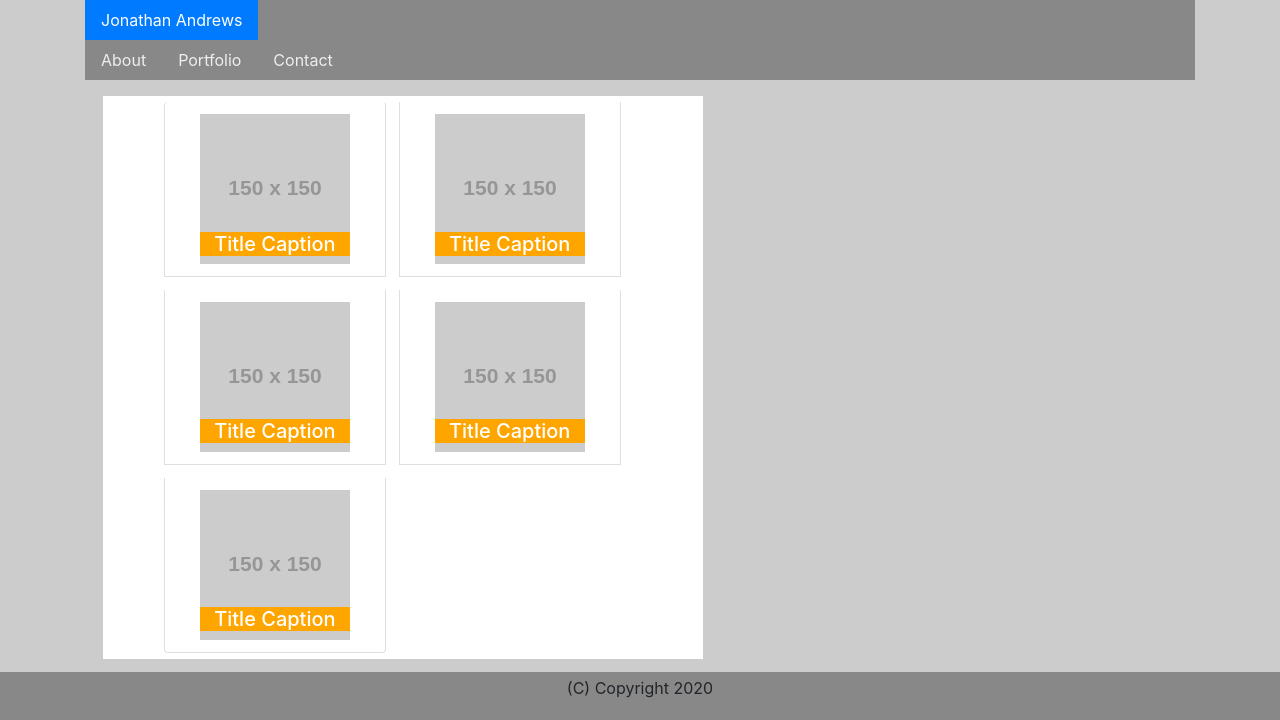
Repository: ionathas78/ionathas78.github.io
Page: portfolio.html
The author's editor kept a copy of each file at every save. The page is drawn from the files as they stood at one save, then again after the next save.
The browser window is 1280 px wide. The pictures show the whole page.

Above is the page before, as saved 2020-03-17 18:30:13.

After the next save:
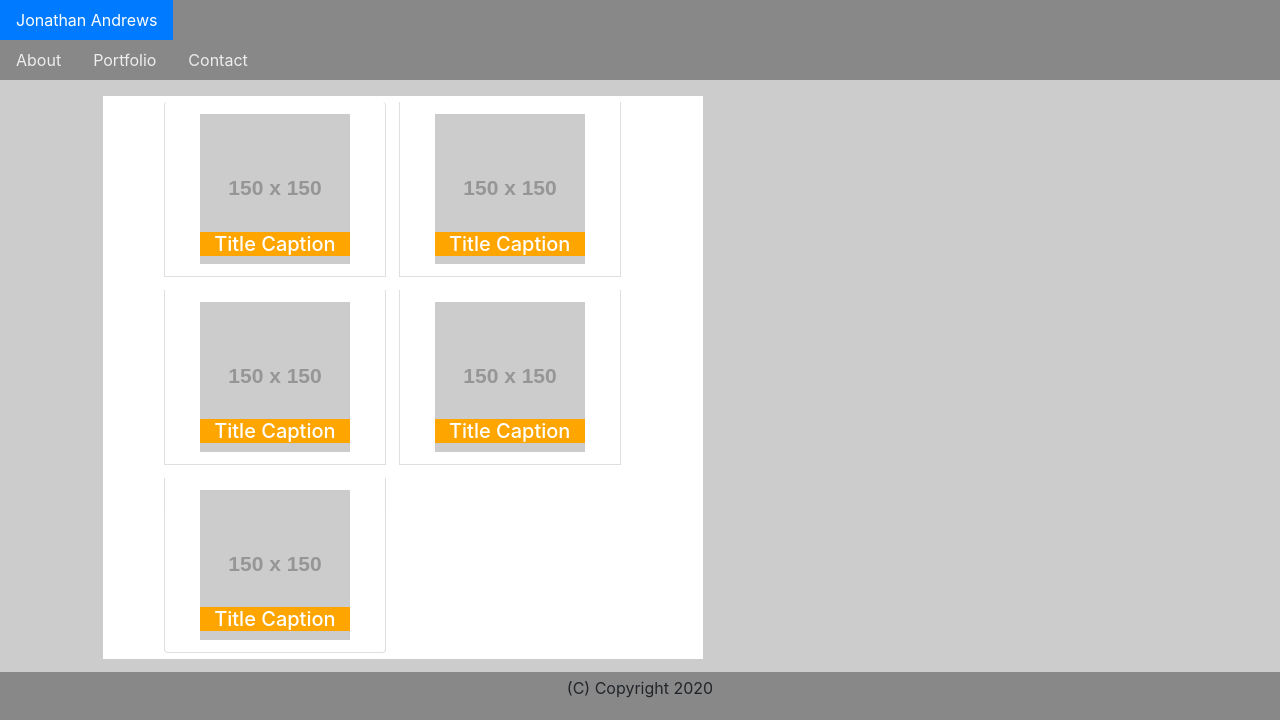
Saved 43 s later.
--- a/portfolio.html
+++ b/portfolio.html
@@ -9,7 +9,7 @@
     <style type="text/CSS">.list-group-item, li:first-child {border-top: 0;}</style>
 </head>
 <body style="background-color: #ccc">
-    <header class="container" style="width: 100%; background-color: #888;">
+    <header >
         <ul class="nav col-sm-12 col-med-3 float-left" style="background-color: #888">
             <li class="nav-item bg-primary">
               <a class="nav-link active" href="#" style="color: white;">Jonathan Andrews</a>
